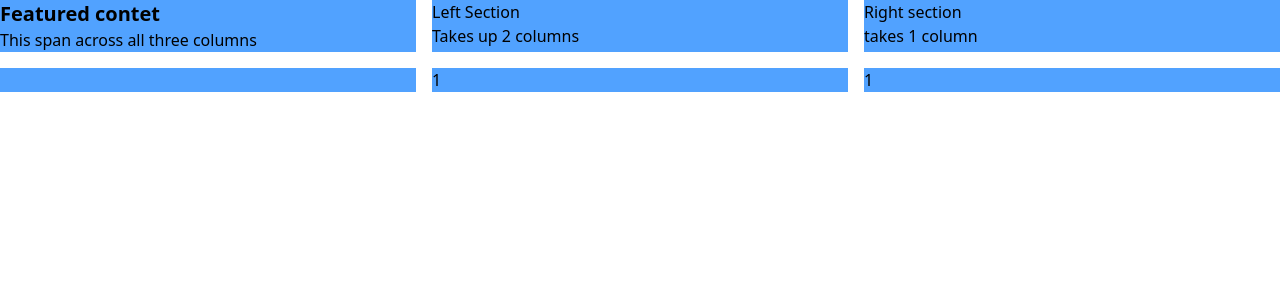
Repository: Abdulahi338/TailwindCss-exercise
Page: Exercise2/index.html
These files come from the project's save history. The page is drawn as it stood at one moment and after a run of saves; the edit follows.
The browser window is 1280 px wide. The pictures show the whole page.

Above is the page before, as saved 2025-07-27 11:11:02.

### Exercise2/index.html
<!DOCTYPE html>
<html lang="en">
<head>
    <meta charset="UTF-8">
    <meta name="viewport" content="width=device-width, initial-scale=1.0">
        <script src="https://cdn.jsdelivr.net/npm/@tailwindcss/browser@4"></script>

    <title>Exercise 2</title>
</head>
<body>

    <div class="grid grid-cols-3 gap-4">
        <div class=" bg-blue-400">
            <h1 class="font-semibold text-xl">Featured contet</h1>
            <p clas>This span across all three columns </p>
        </div>
        <div class=" bg-blue-400">
            <h1>Left Section</h1>
            <p>Takes up 2 columns</p>
        </div>
        <div class=" bg-blue-400">
            <h1>Right section</h1>
            <p>takes 1 column</p>
        </div>
        <div class="bg-blue-400"></div>
        <div class="bg-blue-400">1</div>
        <div class=" bg-blue-400">1</div>


    </div>


</body>
</html>

After the next 2 saves:
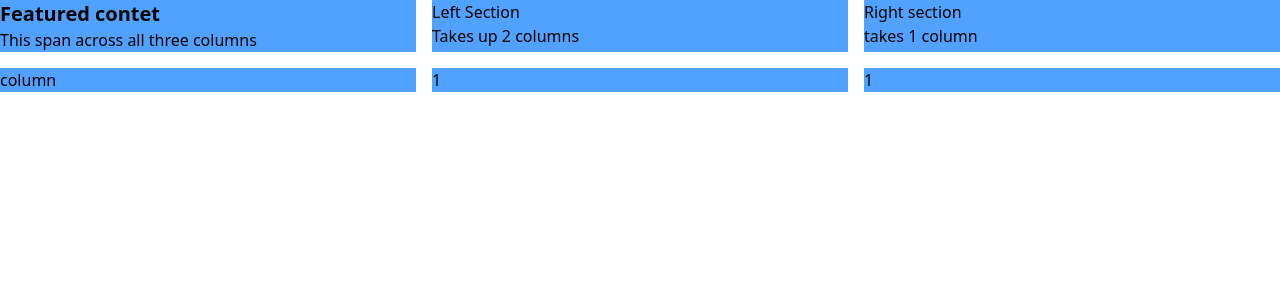
The 2 saves are shown as one change because they came seconds apart.
The last was saved 6 s later.
--- a/Exercise2/index.html
+++ b/Exercise2/index.html
@@ -22,7 +22,9 @@
             <h1>Right section</h1>
             <p>takes 1 column</p>
         </div>
-        <div class="bg-blue-400"></div>
+        <div class="bg-blue-400">
+            <h1>column </h1>
+        </div>
         <div class="bg-blue-400">1</div>
         <div class=" bg-blue-400">1</div>
 
